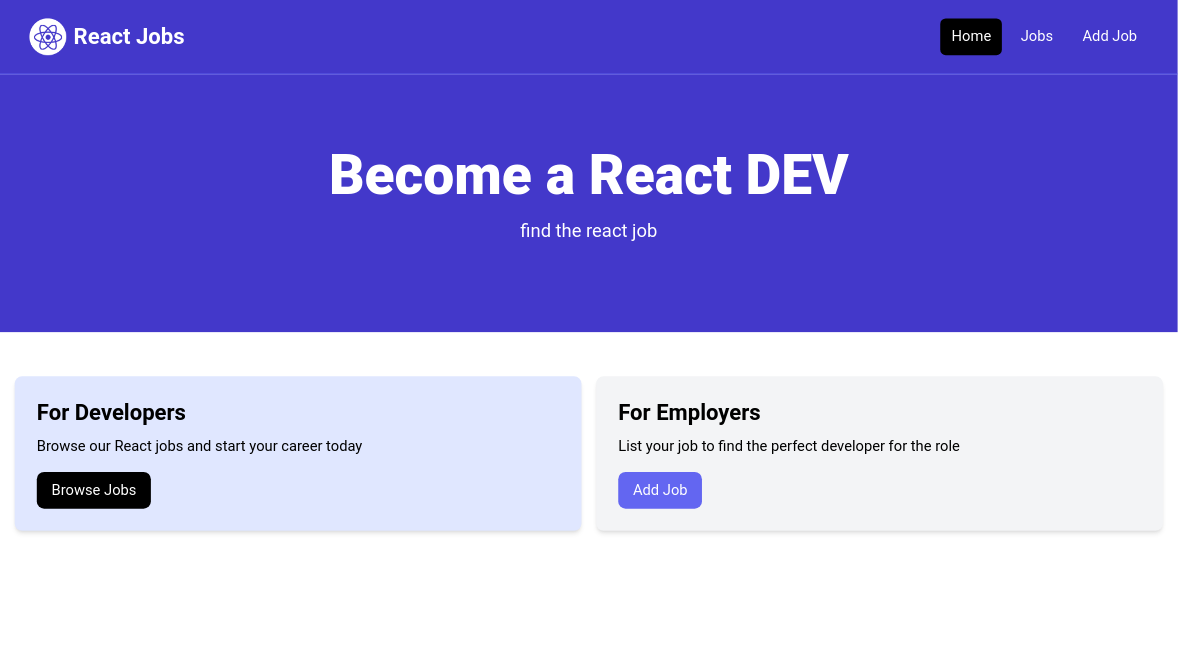
Repository: Geohot-2020/React_setup
Page: / (app in react-crash-2024/)
The author's editor kept a copy of each file at every save. The page is drawn from the files as they stood at one save, then again after the next save.
The browser window is 1280 px wide. The pictures show the whole page, at 92% of full size.
The project was rebuilt for these pictures with package versions that can differ from the ones it lists, and the page was loaded fresh each time. Also part of the build but not shown: react-crash-2024/vite.config.js.

Above is the page before, as saved 2024-11-13 17:02:56.

### react-crash-2024/src/App.jsx
import React from 'react'
import { Route, createBrowserRouter, createRoutesFromElements, RouterProvider } from 'react-router-dom'
import MainLayout from './layouts/MainLayout';
import HomePage from './pages/HomePage';



const router = createBrowserRouter(
  createRoutesFromElements(
    <Route path='/' element={<MainLayout />}>
      <Route index element={ <HomePage /> } />)
    </Route>
  )
);

const App = () => {
  return <RouterProvider router={router}/>
}

export default App

### react-crash-2024/src/layouts/MainLayout.jsx
import React from 'react'
import { Outlet } from 'react-router-dom'
import Navbar from '../components/Navbar'

const MainLayout = () => {
    return (
        <>
            <Navbar />
            <Outlet />
        </>
    );

}

export default MainLayout

### react-crash-2024/src/pages/HomePage.jsx
import React from 'react'
import Hero from '../components/Hero'
import HomeCards from '../components/HomeCards'
import JobListings from '../components/JobListings'

const HomePage = () => {
  return (
    <>
        <Hero />
        <HomeCards />
    </>
  )
}

export default HomePage

### react-crash-2024/src/components/Navbar.jsx
import React from 'react'
import logo from '../assets/images/logo.png'
const Navbar = () => {
    return (
        <nav className="bg-indigo-700 border-b border-indigo-500">
            <div className="mx-auto max-w-7xl px-2 sm:px-6 lg:px-8">
                <div className="flex h-20 items-center justify-between">
                    <div
                        className="flex flex-1 items-center justify-center md:items-stretch md:justify-start"
                    >
                        {/* <!-- Logo --> */}
                        <a className="flex flex-shrink-0 items-center mr-4" href="/index.html">
                            <img
                                className="h-10 w-auto"
                                src={logo}
                                alt="React Jobs"
                            />
                            <span className="hidden md:block text-white text-2xl font-bold ml-2"
                            >React Jobs</span
                            >
                        </a>
                        <div className="md:ml-auto">
                            <div className="flex space-x-2">
                                <a
                                    href="/index.html"
                                    className="text-white bg-black hover:bg-gray-900 hover:text-white rounded-md px-3 py-2"
                                >Home</a
                                >
                                <a
                                    href="/jobs.html"
                                    className="text-white hover:bg-gray-900 hover:text-white rounded-md px-3 py-2"
                                >Jobs</a
                                >
                                <a
                                    href="/add-job.html"
                                    className="text-white hover:bg-gray-900 hover:text-white rounded-md px-3 py-2"
                                >Add Job</a
                                >
                            </div>
                        </div>
                    </div>
                </div>
            </div>
        </nav>
    )
}

export default Navbar

### react-crash-2024/src/components/Hero.jsx
import React from 'react'

const Hero = ({title = 'Become a React DEV', subtitle = 'find the react job'}) => {
    return (
        <section className="bg-indigo-700 py-20 mb-4">
            <div
                className="max-w-7xl mx-auto px-4 sm:px-6 lg:px-8 flex flex-col items-center"
            >
                <div className="text-center">
                    <h1
                        className="text-4xl font-extrabold text-white sm:text-5xl md:text-6xl"
                    >
                        {title}
                    </h1>
                    <p className="my-4 text-xl text-white">
                        {subtitle}
                    </p>
                </div>
            </div>
        </section>
    )
}

export default Hero

### react-crash-2024/src/components/HomeCards.jsx
import React from 'react'
import Card from './Card'

const HomeCards = () => {
    return (
        <section className="py-4">
            <div className="container-xl lg:container m-auto">
                <div className="grid grid-cols-1 md:grid-cols-2 gap-4 p-4 rounded-lg">
                    <Card bg='bg-indigo-100'>
                        <h2 className="text-2xl font-bold">For Developers</h2>
                        <p className="mt-2 mb-4">
                            Browse our React jobs and start your career today
                        </p>
                        <a
                            href="/jobs.html"
                            className="inline-block bg-black text-white rounded-lg px-4 py-2 hover:bg-gray-700"
                        >
                            Browse Jobs
                        </a>
                    </Card>
                    <Card>
                        <h2 className="text-2xl font-bold">For Employers</h2>
                        <p className="mt-2 mb-4">
                            List your job to find the perfect developer for the role
                        </p>
                        <a
                            href="/add-job.html"
                            className="inline-block bg-indigo-500 text-white rounded-lg px-4 py-2 hover:bg-indigo-600"
                        >
                            Add Job
                        </a>
                    </Card>
                </div>
            </div>
        </section>
    )
}

export default HomeCards

### react-crash-2024/src/components/Card.jsx
import React from 'react'

const Card = ({children, bg = 'bg-gray-100'}) => {
  return (
    <div className={`${bg} p-6 rounded-lg shadow-md`}>
        {children}
    </div>
  )
}

export default Card

### react-crash-2024/tailwind.config.js
/** @type {import('tailwindcss').Config} */
export default {
  content: [
    "./index.html",
    "./src/**/*.{js,ts,jsx,tsx}",
  ],
  theme: {
    extend: {
      fontFamily: {
        sans: ['Roboto', 'sans-serif'],
      },
      gridTemplateColumns: {
        '70/30': '70% 28%',
      },
    },
  },
  plugins: [],
}

### react-crash-2024/src/components/JobListings.jsx
import React from 'react';
import jobs from '../jobs.json';
import JobListing from './JobListing';



const JobListings = () => {
    const recentJobs = jobs.slice(0, 3);

    return (
        <section className="bg-blue-50 px-4 py-10">
            <div className="container-xl lg:container m-auto">
                <h2 className="text-3xl font-bold text-indigo-500 mb-6 text-center">
                    Browse Jobs
                </h2>
                <div className="grid grid-cols-1 md:grid-cols-3 gap-6">
                    {recentJobs.map((job) => (
                        <JobListing key={job.id} job={job} />
                    ))}

                </div>
            </div>
        </section>
    )
}

export default JobListings

### react-crash-2024/src/components/JobListing.jsx
import React from 'react'
import { useState } from 'react'
import { FaMapMarker } from 'react-icons/fa'

const JobListing = ({ job }) => {
    const [showFullDescription, setShowFullDescription] = useState(false);

    let description = job.description;

    if (!showFullDescription) {
        description = description.substring(0, 90) + '...';
    }

    return (
        <div className="bg-white rounded-xl shadow-md relative">
            <div className="p-4">
                <div className="mb-6">
                    <div className="text-gray-600 my-2">{job.type}</div>
                    <h3 className="text-xl font-bold">{job.title}</h3>
                </div>

                <div className="mb-5">
                    {description}
                </div>

                <button onClick={() => setShowFullDescription((prevState) => !prevState)} className="text-indigo-500 mb-5 hover:text-indigo-600">
                    {showFullDescription ? 'Less' : 'More'}
                </button>

                <h3 className="text-indigo-500 mb-2">{job.salary} / Year</h3>

                <div className="border border-gray-100 mb-5"></div>

                <div className="flex flex-col lg:flex-row justify-between mb-4">
                    <div className="text-orange-700 mb-3">
                        <FaMapMarker className='inline text-lg mb-1 mr-1' />
                        {job.location}
                    </div>
                    <a
                        href={`/job/${job.id}`}
                        className="h-[36px] bg-indigo-500 hover:bg-indigo-600 text-white px-4 py-2 rounded-lg text-center text-sm"
                    >
                        Read More
                    </a>
                </div>
            </div>
        </div>
    )
}

export default JobListing

Loaded but not shown: react-crash-2024/index.html (common file); react-crash-2024/src/main.jsx (common file); react-crash-2024/src/index.css (common file); react-crash-2024/src/jobs.json (common file)

After the next save:
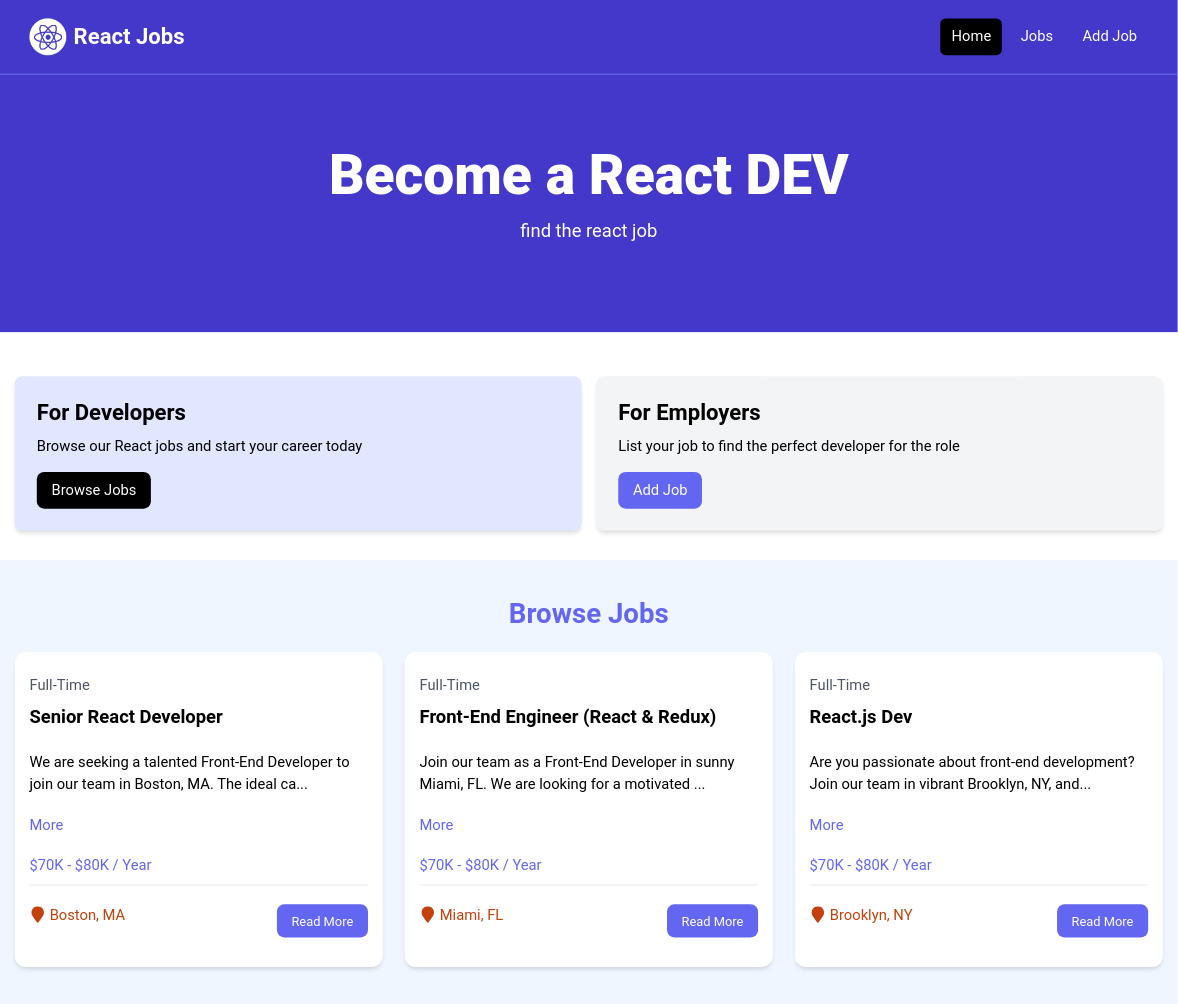
Saved 6 s later.
--- a/react-crash-2024/src/pages/HomePage.jsx
+++ b/react-crash-2024/src/pages/HomePage.jsx
@@ -8,6 +8,7 @@ const HomePage = () => {
     <>
         <Hero />
         <HomeCards />
+        <JobListings />
     </>
   )
 }
